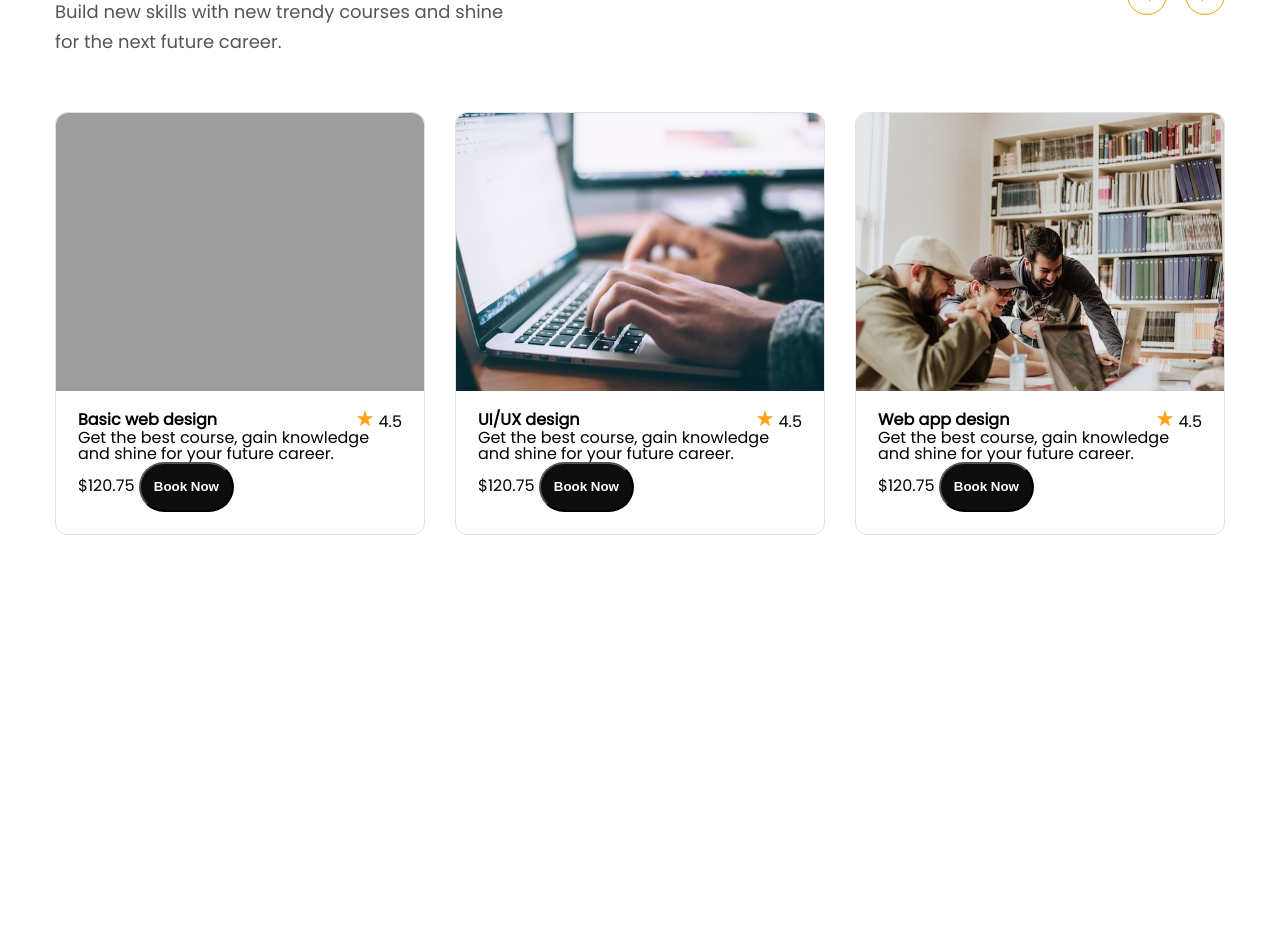
Repository: nguyendonghieu1011-png/figma-to-html1
Page: index.html
These files come from the project's save history. The page is drawn as it stood at one moment and after the next save; the edit follows.
The browser window is 1280 px wide. The pictures show the part of the page from y = 1166 to 2118 px (the page is 10000 px tall).
Pictures or frames that could not be fetched are drawn as grey boxes. A picture or video elsewhere on the page could not be fetched, so the positions and the page height are approximate. Some web fonts or font styles are not loaded; a fallback is used. Some web libraries are served in a nearby version.

Above is the page before, as saved 2026-01-02 17:44:38.

### index.html
<!DOCTYPE html>
<html lang="en">
<head>
  <meta charset="UTF-8">
  <meta name="viewport" content="width=device-width, initial-scale=1.0">
  <link rel="stylesheet" href="https://cdnjs.cloudflare.com/ajax/libs/font-awesome/7.0.1/css/all.min.css" integrity="sha512-2SwdPD6INVrV/lHTZbO2nodKhrnDdJK9/kg2XD1r9uGqPo1cUbujc+IYdlYdEErWNu69gVcYgdxlmVmzTWnetw==" crossorigin="anonymous" referrerpolicy="no-referrer" />
  <link rel="stylesheet" href="./assets/css/reset.css">
  <link rel="preconnect" href="https://fonts.googleapis.com">
  <link rel="preconnect" href="https://fonts.gstatic.com" crossorigin>
  <link href="https://fonts.googleapis.com/css2?family=Pacifico&family=Poppins:wght@200;300;400&family=Roboto:ital,wght@0,100..900;1,100..900&family=Sekuya&display=swap" rel="stylesheet">
  <link rel="stylesheet" href="./assets/css/style.css">
  <title>Project</title>
</head>
<body>
  <header class="header fixed">
    <div class="main content">
      <div class="body">

        <h1>TangSan</h1>

        <nav class="nav">
          <ul>
            <li class="active"><a href="#!">Home</a></li>
            <li><a href="#!">Courses</a></li>
            <li><a href="#!">Pricing</a></li>
            <li><a href="#!">Reviews</a></li>
          </ul>
        </nav>

        <div class="action">
          <a href="" class="btn btn-sign-up">Sign Up</a>
        </div>
      </div>
    </div>
  </header>

  <!-- main -->
   <main class="main">
    <div class="hero">
      <div class="main content">
        <div class="body">
          <!-- left -->
          <div class="media-block">
            <img class="img" src="./assets/img/hero-img.jpg" alt="" >

            <div class="hero-summary">
              <!-- item1 -->
              <div class="item">
                <div class="icon">
                  <img class="icon-design dev" src="./assets/icon/des.svg" alt="Design">
                </div>

                <div class="info">
                  <p class="label">20 Courrses</p>
                  <p class="title">UI/UX Design</p>
                </div>
              </div>
              <!-- item2 -->
               <div class="item">
                <div class="icon">
                  <img class="icon-design" src="./assets/icon/dev.svg" alt="">
                </div>

                <div class="info">
                  <p class="label">20 Courrses</p>
                  <p class="title">Development</p>
                </div>
              </div>
              <!-- item3 -->
               <div class="item">
                <div class="icon">
                  <img class="icon-design" src="./assets/icon/marketing.svg" alt="">
                </div>

                <div class="info">
                  <p class="label">30 Courrses</p>
                  <p class="title">Marketing</p>
                </div>
              </div>
            </div>

            </div>
          <!-- right -->
           <div class="content-block">
              <h1 class="heading">Learn without limits and spread knowledge.</h1>
              <p class="desc">
                Lorem ipsum dolor sit amet consectetur adipisicing elit. Illum tenetur minima,
                est voluptas eaque aspernatur aperiam hic.
                Necessitatibus, doloremque architecto.
              </p>

              <div class="cta-group">
                <a class="btn hero-cta" href="#!">See Courses</a>
                <button class="watch-video">
                  <div class="icon">
                    <img class="icon-play" src="./assets/icon/play.svg" alt="">
                  </div>
                  <span>Watch Video</span>
                </button>
              </div>

              <p class="desc desc-recent">Recent eagement</p>
              <p class="desc stats">
                <strong>50K</strong> Students
                <strong>70+</strong> Courses
              </p>
           </div>

        </div>
      </div>
    </div>
   </main>

   <!-- popular -->
  <div class="popular">
  <div class="main content">
    <div class="popular-top">
      <!-- popular left -->
      <div class="info">
      <h2 class="heading-lv2">Our popular courses</h2>
        <p class="desc">
          Build new skills with new trendy courses and shine for the next future career.
        </p>
      </div>
      <!-- popular right -->
      <div class="controls">
        <button class="control-btn">
          <!-- <img src="./assets/icon/prev.svg" alt=""> -->
          <svg width="8" height="14" viewBox="0 0 8 14" fill="none"
                                xmlns="http://www.w3.org/2000/svg">
                                <path d="M7 1L1 7L7 13" stroke="currentColor" stroke-linecap="round"
                                    stroke-linejoin="round" />
                            </svg>
        </button>
        <button class="control-btn btn1">
          <!-- <img src="./assets/icon/next.svg" alt=""> -->
           <svg width="8" height="14" viewBox="0 0 8 14" fill="none"
                                xmlns="http://www.w3.org/2000/svg">
                                <path d="M1 1L7 7L1 13" stroke="currentColor" stroke-linecap="round"
                                    stroke-linejoin="round" />
                            </svg>
        </button>
      </div>
    </div>

    <!-- COURSE LIST -->
    <div class="course-list">
      <!-- item 1 -->
      <div class="course-item">
        <img src="./assets/img/course-1.jpg" alt="design" class="thumb">

        <div class="info">
          <div class="head">
            <h3 class="title">Basic web design</h3>
            <div class="rating">
              <img src="./assets/icon/star.svg" alt="" class="star">
              <span class="value">4.5</span>
            </div>
          </div>

          <p class="desc">
            Get the best course, gain knowledge and shine for your future career.
          </p>

          <div class="foot">
            <span class="price">$120.75</span>
            <button class="btn">Book Now</button>
          </div>
        </div>
      </div>

      <!-- item 2 -->
            <div class="course-item">
        <img src="./assets/img/course-2.jpg" alt="UI/UX design" class="thumb">

        <div class="info">
          <div class="head">
            <h3 class="title">UI/UX design</h3>
            <div class="rating">
              <img src="./assets/icon/star.svg" alt="" class="star">
              <span class="value">4.5</span>
            </div>
          </div>

          <p class="desc">
            Get the best course, gain knowledge and shine for your future career.
          </p>

          <div class="foot">
            <span class="price">$120.75</span>
            <button class="btn">Book Now</button>
          </div>
        </div>
      </div>

      <!-- item 3 -->
            <div class="course-item">
        <img src="./assets/img/course-3.jpg" alt="web app design" class="thumb">

        <div class="info">
          <div class="head">
            <h3 class="title">Web app design</h3>
            <div class="rating">
              <img src="./assets/icon/star.svg" alt="" class="star">
              <span class="value">4.5</span>
            </div>
          </div>

          <p class="desc">
            Get the best course, gain knowledge and shine for your future career.
          </p>

          <div class="foot">
            <span class="price">$120.75</span>
            <button class="btn">Book Now</button>
          </div>
        </div>
      </div>

    </div>
  </div>
</div>

</body>
</html>

### assets/css/style.css
* {
  box-sizing: border-box;
}

:root {
  --font-heading: "Sen", sans-serif;
}

html {
  font-size: 62.5%;
}

body {
  font-size: 1.6rem;
  font-family: "Poppins", sans-serif;
  height: 1000rem;

}

h1 {
  font-weight: 700;
  font-style: italic;
  padding: 5px;
  margin-left: 20px;
  margin-right: 20px;
}

a {
  text-decoration: none;
}

.heading-lv2 {
  color: black;
  font-family: var(--font-heading);
  font-size: 38px;
  font-weight: 700;
  line-height: 48px;
  letter-spacing: -0.76px;
}

.header {
  background-color: #f8f9f6;
}

.header.fixed {
  z-index: 1;
  position: sticky;
  top: -28px;
}

.header h1 {
  font-size:2.8rem;
  text-shadow: 3px 0 0 #7b7b7b
}

.btn {
  display: inline-block;
  background-color: #0d0d0d;
  text-align: center;
  color: #fff;
  padding: 8px 13px;
  line-height: 30px;
  border-radius: 999px;
  font-weight: 600;
}

.btn-sign-up:hover {
  /* background-color: #5b5d54; */
  opacity: 0.9
}


.main.content {
  width: 1170px;
  max-width: calc(100% - 48px);
  margin-left: auto;
  margin-right: auto;
}

.header .body {
  display: flex;
  align-items: baseline; /* or center*/
  padding: 36px 0 8px
}

.nav {
  margin-left: auto;
}

.nav ul {
  display: flex;
}

.nav a {
  position: relative;
  color: rgb(100, 95, 95);
  text-align: center;
  padding: 8px 21px;
}

.nav a:hover {
  color:black;
  /* font-weight: 600; */
  /* font-size: 17px; */
  text-shadow: 1px 0 0 currentColor;
}

.header .btn-sign-up {
  min-width: 130px;
}

.header .action {
  margin-left: 50px;
}

.hero {
  padding: 56px 0 65px;
  background-color: #f8f9f6;
}

.hero .body {
  display: flex;
}

.hero .media-block {
  position: relative;
  width: 50%;
}

.hero .content-block {
  width: 52%;
  margin-left: 100px
}

.hero .media-block .img {
  width: 470px;
  height: 685px;
  object-fit: cover;
  border-radius: 20px;
}

.hero .hero-summary {
  position: absolute;
  bottom: 50px;
  right: 0;
  background-color: #fff;
  padding: 30px 60px;
  border-radius: 20px;
}



.hero-summary .info {
  margin-left: 16px;
}


.hero-summary .icon {
  width: 48px;
  height: 48px;
  border-radius: 50%;
  display: flex;
  justify-content: center;
  align-items: center;
  background-color: #fff9e8;
}



.hero-summary .item {
  display: flex;
  align-items: center;
}

.hero-summary .item + .item {
  margin-top: 22px;
}

.hero-summary .label {
  color:#787777;
  font-size: 1.4rem;
  line-height: 186%;
}

.hero-summary .title {
  font-size: 1.8rem;
  font-weight: 600;
  line-height: 30px
}

.hero .content-block {
  width: 52%;
  padding-left: 130px;
}


.hero .heading {
  font-family: var(--font-heading);
   font-size: 58px;
  font-style: normal;
  font-weight: 700;
  line-height: 68px;
  letter-spacing: -1.16px /*khoảng cách giữa các chữ cái*/

}

.hero .desc {
  margin-top: 20px;
  color: #787777;
  font-size: 1.8rem;
  line-height: 1.67;
}

.hero .cta-group {
  margin-top: 38px;
  display: flex;
}

.hero-cta {
  background-color: #b7ae07;
  min-width: 170px;
  line-height: 35px;
  margin-right: 20px;
}

.hero .watch-video {
  border: none;
  display: flex;
  justify-content: center;
  align-items: center;
  background-color: transparent;
  cursor: pointer;
}


.hero-cta:hover {
  background-color: #7e7c05;
}

.cta-group span {
  margin-left: 10px;
  font-size: 1.8rem;
  font-weight: 700;
  line-height: 30px;

}

.hero .watch-video .icon {
  display: flex;
  align-items: center;
  justify-content: center;
  width: 40px;
  height: 40px;
  border-radius: 40px;
  background: #fff;
  box-shadow: 0px 8px 16px 0px rgba(0, 0, 0, 0.07);
}



.hero .desc-recent {
  margin-top: 35px;
}

.hero .stats {
  margin-top: 8px;
}

.hero .stats strong {
  margin-right: 15px;
  color: black;
  font-family: var(--font-heading);
  font-size: 44px;
  font-weight: 700;
  line-height: 54px;
}

.hero .stats strong:nth-child(2) {
  margin-left: 28px;
}

/* popular */

.popular {
  padding: 65px 0;
  margin-top: 135px;
}

.popular-top {
  display: flex;
  justify-content: space-between;
  align-items: center;
}

.popular-top .desc{
  margin-top: 16px;
  width: 458px;
  color: #555555;
  font-size: 1.8rem;
  line-height: 1.67;
}

.popular-top .controls {
  display: flex;
  gap: 18px;
}

.popular .control-btn {
  display: flex;
  justify-content: center;
  align-items: center;
  background: transparent;
  width: 40px;
  height: 40px;
  padding: 10px 15px;
  border-radius: 999px;
  color: rgb(235, 166, 3);
  border: 1px solid rgb(235, 166, 3);

}

.popular .control-btn:hover {
  background-color: rgb(235, 166, 3);;
  color: #fff;
   cursor: pointer;
}

.popular .course-list {
  margin-top: 55px;
  display: flex;
  align-items: baseline;
  gap: 30px;
}

.popular .course-item {
  border-radius: 12px;
  border: 1px solid rgb(225, 224, 224)
}

.popular .course-item .thumb {
  border-top-left-radius: 12px;
  border-top-right-radius: 12px;
  width: 100%;
  height: 278px;
  object-fit: cover;
}

.popular .course-item .info {
  padding: 16px 22px 22px;
}

.popular .course-item .head {
  display: flex;
  align-items: center;
  justify-content: space-between;
}

.popular .course-item .title {
  font-style: 1.8rem;
  font-weight: 600;
  line-height: 20px;
}

Loaded but not shown: assets/css/reset.css (common file)

After the next save:
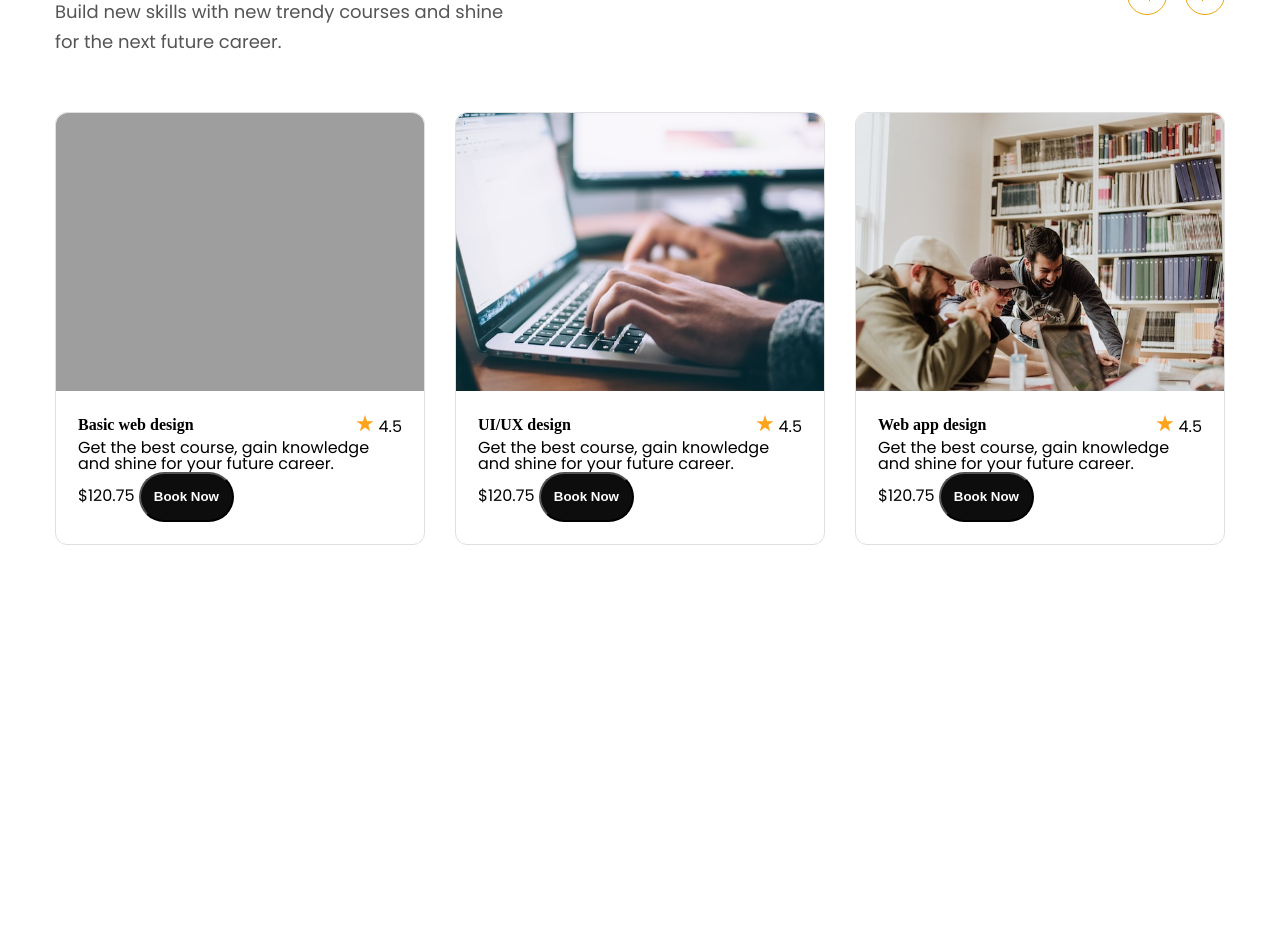
Saved 33 s later.
--- a/assets/css/style.css
+++ b/assets/css/style.css
@@ -356,7 +356,8 @@ a {
 }
 
 .popular .course-item .title {
+  font-family: serif;
   font-style: 1.8rem;
   font-weight: 600;
-  line-height: 20px;
-}
+  line-height: 30px;
+}
